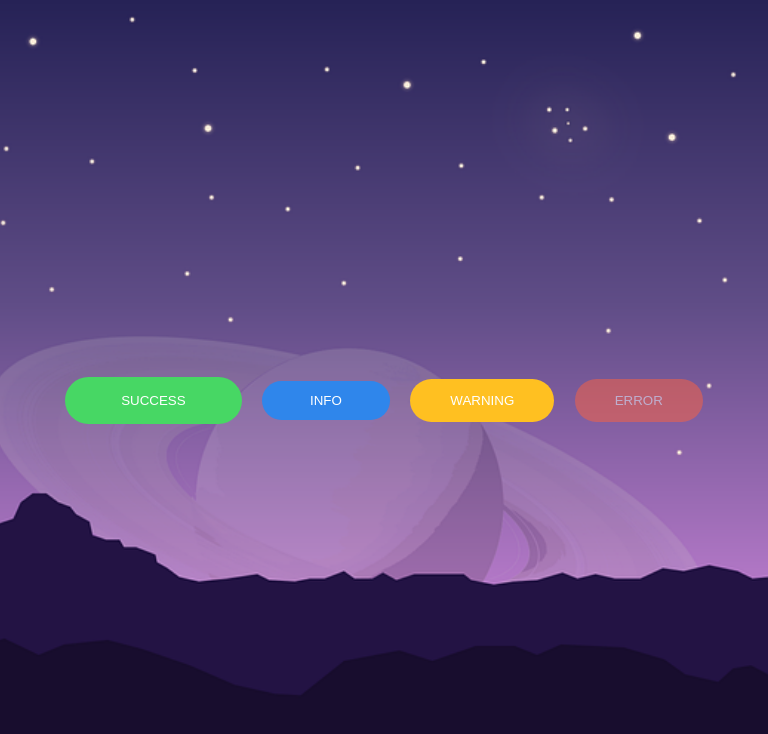
Repository: hoangtranduchai/toast-message
Page: index.html
These files come from the project's save history. The page is drawn as it stood at one moment and after the next save; the edit follows.
The browser window is 768 px wide. The pictures show the whole page.
Some web libraries are served in a nearby version.

Above is the page before, as saved 2021-08-18 16:55:43.

After the next save:
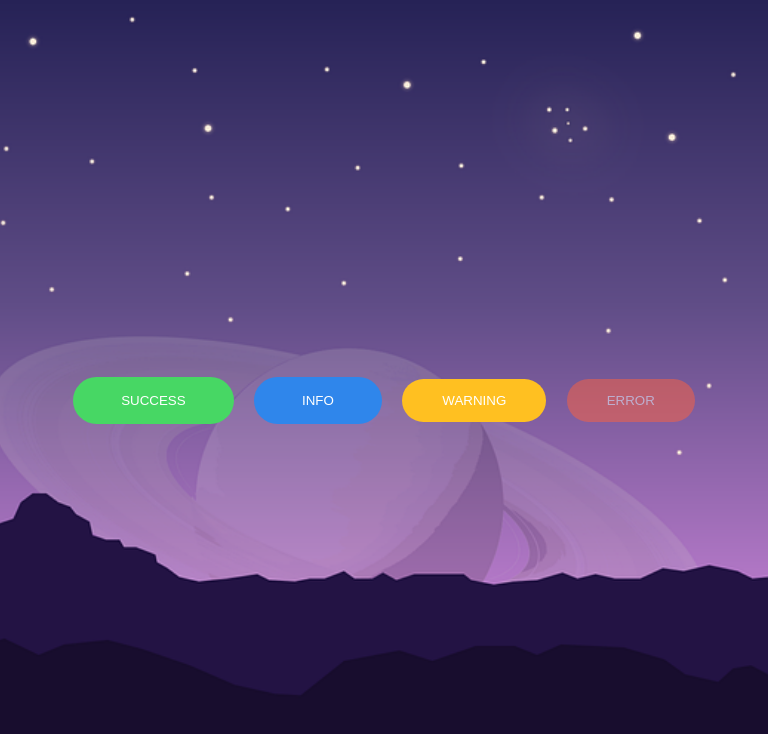
Saved 2 min 17 s later.
--- a/assets/css/responsive.css
+++ b/assets/css/responsive.css
@@ -15,6 +15,10 @@
 
 /* Tablet & Mobile */
 @media (max-width: 63.9375em) {
+    .btn {
+        padding: 16px 48px;
+    }
+
     .btn-size-s {
         padding: 14px 40px;
     }
